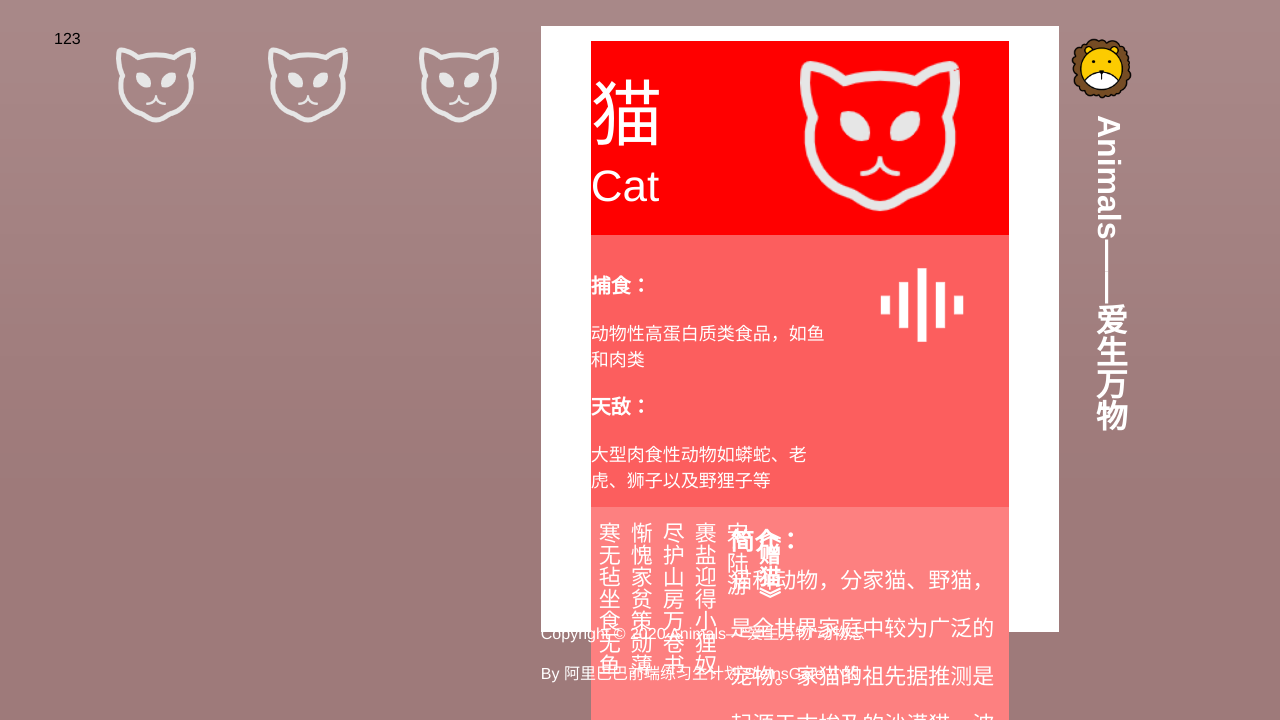
Repository: Whiskeyi/Animals
Page: /
An editor plug-in stored every save of this project. The page is shown before and after the next save, followed by the edit.
The browser window is 1280 px wide. The pictures show the whole page.
The project was rebuilt for these pictures with package versions that can differ from the ones it lists, and the page was loaded fresh each time.

Above is the page before, as saved 2021-11-16 19:24:48.

### public/index.html
<!DOCTYPE html>
<html lang="en">
  <head>
    <meta charset="utf-8">
    <meta http-equiv="X-UA-Compatible" content="IE=edge">
    <meta name="viewport" content="width=device-width,initial-scale=1.0">
    <link rel="icon" href="<%= BASE_URL %>favicon.ico">
    <title>Animals</title>
  </head>
  <body>
    <noscript>
      <strong>We're sorry but animals doesn't work properly without JavaScript enabled. Please enable it to continue.</strong>
    </noscript>
    <div id="app"></div>
    <!-- built files will be auto injected -->
  </body>
</html>

### src/main.js
import Vue from 'vue'
import App from './App.vue'
import router from './router'
import store from './store'
import './plugins/element.js' // 引入element-ui

Vue.config.productionTip = false

new Vue({
  router,
  store,
  render: h => h(App)
}).$mount('#app')

### src/App.vue
<template>
  <div id="app">
    <!-- 入口 -->
    <router-view/>
  </div>
</template>

<style lang="scss">
#app {
  font-family: 'Avenir', Helvetica, Arial, sans-serif;
  -webkit-font-smoothing: antialiased;
  -moz-osx-font-smoothing: grayscale;
}

html, body {  // 去除白边
    width: 100%;
    height: 100%;
    margin: 0;
    padding: 0;
    position: relative;
}

</style>

### src/router.js
// 路由
import Vue from 'vue'
import Router from 'vue-router'
import Home from './views/Home.vue'

Vue.use(Router)

export default new Router({
  mode: 'history',
  base: process.env.BASE_URL,
  routes: [
    {
      path: '/',
      name: 'home',
      component: Home
    }
  ]
})

### src/plugins/element.js
// 引入element-ui
import Vue from 'vue'

import ElementUI from 'element-ui';
import 'element-ui/lib/theme-chalk/index.css';

Vue.use(ElementUI);

### src/views/Home.vue
<template>
  <div class="home">
    <!-- 背景+光泽效果 -->
    <div class="bg">
      <Gloss></Gloss>
    </div>
    <!-- 页面容器 -->
    <div class="container">
      <!-- 左侧展示模块 -->
      <div id="leftContainer">
        <LeftMain></LeftMain>
      </div>
      <!-- 右侧展示模块 -->
      <div id="rightContainer">
        <!-- 输出信息 -->
          <Info></Info>
          <!-- 右侧标题 -->
          <RightHead></RightHead>
          <!-- 尾部 -->
          <Footer></Footer>
      </div>
    </div>
  </div>
</template>

<script>
// @ is an alias to /src
// 组件引入
import Gloss from '@/components/Gloss'
import Footer from '@/components/Footer'
import Info from '@/components/Info'
import RightHead from '@/components/right-head'
import LeftMain from '@/components/left-main'

export default {
  name: 'home',
  components: {
    Gloss,Footer,Info,RightHead,LeftMain
  }
}
</script>

<style lang="scss" scoped>
.home {
  // 滚动条样式修改（待定）
}
.bg {
  height: 100%;
  width: 100%;
  background-color:rgb(158, 122, 122);
  position: fixed;
  transition: background-color 2s ease-in; // 背景颜色2S过渡
  filter: blur(0.5px); // 背景高斯模糊
  // z-index: -9; //暂时注释,影响调试
}
#leftContainer {
  position: absolute;
  left: 10%;
  width: 30%;
  height: 100%;
  margin: 0 auto;
}
#rightContainer {
  position: fixed;
  right: 10%;
  width: 50%;
  height: 100%;
  margin: 0 auto;
}
@media screen and (max-width: 1440px) { // 屏幕小于1440px样式
  #leftContainer {
  position: absolute;
  left: 5%;
  width: 36%;
  height: 100%;
  margin: 0 auto;
}
#rightContainer {
  position: fixed;
  right: 5%;
  width: 54%;
  height: 100%;
  margin: 0 auto;
}
}
</style>

### src/components/Gloss/index.vue
<template>
<!-- 实现光泽效果,丰富背景颜色 -->
<div id="gloss"></div>
</template>

<script>
export default {

}
</script>

<style lang="scss" scoped>
#gloss {
    position: fixed;
    width: 100%;
    height: 478px;
    background: url('../../assets/gloss.png') repeat-x;
    // z-index: -8;  //暂时注释,影响调试
}
</style>

### src/components/Footer/index.vue
<template>
  <div class="footerContainer">
      <p>Copyright © 2020 Animals—“爱生万物”动物志</p>
      <p>By 阿里巴巴前端练习生计划 SteinsGate 小组</p>
  </div>
</template>

<script>
export default {

}
</script>

<style lang="scss" scoped>
.footerContainer {
    position: fixed;
    bottom: 0;
    font-size: 1rem;
    color:#fff;
    margin:0 0 20px 16px;
}
</style>

### src/components/Info/index.vue
<template>
  <div class="infoContainer">
    <div class="infPadding">
      <!-- 简介、图标 -->
    <Introduce></Introduce>
    <!-- 捕食、声音icon -->
    <HabbitVoice></HabbitVoice>
    <!-- 底部介绍 -->
    <IntroduceBottom></IntroduceBottom>
    </div>
  </div>
</template>

<script>
import Introduce from './Introduce'
import HabbitVoice from './habbit-voice'
import IntroduceBottom from './introduce-bottom'
export default {
  name: 'Info',
  components: {
    Introduce, HabbitVoice, IntroduceBottom
  }
}
</script>

<style lang="scss" scoped>
.infoContainer {
    float: left;
    z-index: 10000;
    width: 82%;
    height: 80%;
    margin: 26px 0 0 16px;
    padding: 15px 0px;
    background-color: #fff;
    color:#fff;
}
.infPadding {
  padding: 0 50px;
}
.infoContainer logo {
    position: absolute;
}
@media screen and (max-width: 1440px) { // 屏幕小于1440px样式
  .infoContainer {
    float: left;
    z-index: 10000;
    width: 75%;
    height: 80%;
    margin: 26px 0 0 16px;
    background-color: #fff;
}
}
</style>

### src/components/right-head/index.vue
<template>
  <div class="rightHeadContainer">
      <el-image class="logo" alt="logo" :src="require('@/icons/index.png')"></el-image>
      <h1 class="vertical">Animals——爱生万物</h1>
  </div>
</template>

<script>
export default {

}
</script>

<style lang="scss" scoped>
.rightHeadContainer {
    float: left;
    height: 400px;
    width: 100px;
    margin: 26px 0 0 16px;
}
.vertical {
    writing-mode: vertical-lr;
    padding-left: 5px;
    color: #fff;
}
@media screen and (max-width: 1440px) { // 屏幕小于1440px样式
    .rightHeadContainer {
        float: left;
        height: 400px;
        width:85px;
        margin: 26px 0 0 0;
    }
    .vertical {
        writing-mode: vertical-lr;
        padding-right: 0;
        color: #fff;
    }
}
</style>

### src/components/left-main/index.vue
<template>
  <div class="leftContainer">
    <el-row :gutter="20" type="flex" justify="center" v-for="AnimalsDetail in data" :key="AnimalsDetail.enName">
              {{ AnimalsDetail.img }}
              {{ 123 }}
      <el-col :span="8">
        <el-image class="logo" alt="logo" :src="require('@/icons/animals/cat.png')"></el-image>
      </el-col>
      <el-col :span="8">
        <el-image class="logo" alt="logo" :src="require('@/icons/animals/cat.png')"></el-image>
      </el-col>
      <el-col :span="8">
        <el-image class="logo" alt="logo" :src="require('@/icons/animals/cat.png')"></el-image>
      </el-col>
    </el-row>
  </div>
</template>

<script>
import data from '@/data/Animals.json'
export default {
  data() {
    return {
      data
    }
  }
}
</script>

<style lang="scss" scoped>
.leftContainer {
  padding: 30px 0;
  width: 100%;
  text-align: center;
}
.leftContainer .logo {
  width: 110px;
  height: 110px;
  padding: 20px 0;
}
 @media screen and (max-width: 1440px) { // 屏幕小于1440px样式
  .leftContainer .logo {
    height: 80px;
    width: 80px;
    padding: 15px 0;
  }
 }
</style>

### src/components/Info/Introduce/index.vue
<template>
  <div class="introduce">
      <el-row class="intContainer">
          <el-col :span="12">
              <div class="title">猫</div>
              <div class="subTitle">Cat</div>
          </el-col>
          <el-col :span="12">
            <el-image class="logo" alt="logo" :src="require('@/icons/animals/cat.png')"></el-image>
          </el-col>
      </el-row>
  </div>
</template>

<script>
export default {

}
</script>

<style lang="scss" scoped>
.introduce {
    background-color: red;
    height: 30%;
    width: 100%;
}
.intContainer {
    padding: 15px 0;
}
.logo {
    height: 160px;
    width: 160px;
}
.title {
    font-size: 72px;
}
.subTitle {
    font-size: 44px;
}
</style>

### src/components/Info/habbit-voice/index.vue
<template>
  <div class="habVoice">
       <el-row class="habContainer">
          <el-col class="habContent" :span="14">
              <p class="foodTitle">捕食：</p>
              <div class="food">动物性高蛋白质类食品，如鱼和肉类</div>
              <p class="enemyTitle">天敌：</p>
              <div class="enemy">大型肉食性动物如蟒蛇、老虎、狮子以及野狸子等</div>
          </el-col>
          <el-col :span="10">
            <el-image class="logo" alt="logo" :src="require('@/icons/voice.png')"></el-image>
          </el-col>
      </el-row>
  </div>
</template>

<script>
export default {

}
</script>

<style lang="scss" scoped>
.habVoice {
    background-color: rgb(252, 94, 94);
    height: 30%;
    text-align: center;
}
.habContainer {
    padding: 15px 0;
}
.habContent p {
    font-size: 20px;
    font-weight: bold;
    text-align: left;
}
.habContent div {
    font-size: 18px;
    text-align: left;
}
.logo {
    height: 110px;
    width: 110px;
}
</style>

### src/components/Info/introduce-bottom/index.vue
<template>
    <div class="fooBottom">
        <el-row class="botContainer">
            <el-col class="poem" :span="8">
                <div class="content">寒无毡坐食无鱼</div>
                <div class="content">惭愧家贫策勋薄</div>
                <div class="content">尽护山房万卷书</div>
                <div class="content">裹盐迎得小狸奴</div>
                <div class="author">宋·陆游</div>
                <div class="poemTitle">《赠猫》</div>
                <!-- <p class="foodTitle">捕食：</p>
                <div class="food">动物性高蛋白质类食品，如鱼和肉类</div>
                <p class="enemyTitle">天敌：</p>
                <div class="enemy">大型肉食性动物如蟒蛇、老虎、狮子以及野狸子等</div> -->
            </el-col>
            <el-col :span="16">
                <div class="IntTitle">简介：</div>
                <div class="IntContent">猫科动物，分家猫、野猫，是全世界家庭中较为广泛的宠物。家猫的祖先据推测是起源于古埃及的沙漠猫，波斯的波斯猫，已经被人类驯化了3500年。</div>
            </el-col>
        </el-row>
    </div>
</template>

<script>
export default {

}
</script>

<style lang="scss" scoped>
.fooBottom {
    background-color: rgb(253, 128, 128);
    height: 50%;
    width: 100%;
}
.botContainer {
    padding: 15px 0;
}
.poem {
    writing-mode: vertical-lr;
    font-size: 22px;
    .poemTitle {
        font-weight: bold;
    }
}
.IntTitle {
    font-size: 24px;
    font-weight: bold;
}
.IntContent {
    font-size: 22px;
    line-height: 48px;
}
</style>

### src/data/Animals.json
{

    "AnimalsDetail":
    [
        {
            "enName": "chicken",
            "name": "鸡",
            "color": "#FC9F4D",
            "content": "在甘肃天水西山坪大地湾一期文化中，已经发现了距今8000年左右的家鸡我国甲骨文中有“鸡”字，说明我国远在3000多年前就认识鸡，养鸡在我国已经有8000年的历史，有文字可查的历史至少也有3000多年，是世界上最早养鸡的国家之一。",
            "food": "小虫子、菜叶、饲料",
            "enemy": "黄鼠狼、老鹰、狐狸",
            "voice": "http://mrclan.com/fastdl/tfc/sound/chick.wav",
            "poetryName": "《咏鸡》",
            "poetryAuthor": "宋 · 缪鉴",
            "poetryContent": "数载书窗伴读鸣，群中刚雉羽毛新。 今朝命试牛刀手，望断函关夜度人。",
            "img": "../icons/animals/chicken.png"
        },

        {
            "enName": "tiger",
            "name": "虎",
            "color": "#E98B2A",
            "content": "老虎是体型最大的两种猫科动物之一。虎是掠食性肉食动物，有敏锐的听力、夜视力，可以自由伸缩尖爪和粗壮的犬齿。除了庞大的体型与有力的肌肉之外，最明显的特征就是在白色到橘黄色的毛皮上有黑色垂直的条纹，这有助于其在捕猎时隐蔽自身。",
            "food": "野羊、野牛、野猪",
            "enemy": "老虎是没有天敌的",
            "voice": "http://web.tiscali.it/gherda-wolit/versi/tigre.wav",
            "poetryName": "《猛虎行》",
            "poetryAuthor": "宋 · 释绍昙",
            "poetryContent": "猛虎不怯敌，烈士无虚言。 怯敌辱其班，虚言负其恩。",
            "img": "../icons/animals/tiger.png"
        },

        {
            "enName": "frog",
            "name": "蛙",
            "color": "#90B44B",
            "content": "青蛙属于脊索动物门、两栖纲、无尾目、蛙科的两栖类动物，成体无尾，卵产于水中，体外受精，孵化成蝌蚪，用鳃呼吸，经过变异，成体主要用肺呼吸，兼用皮肤呼吸。上颌有齿，一般有犁骨齿。",
            "food": "蚊子、苍蝇、飞蛾",
            "enemy": "蛇、小鸟",
            "voice": "http://animaldiversity.org/collections/contributors/mac_given/rviad/file.mp3",
            "poetryName": "《幽居初夏》",
            "poetryAuthor": "宋 · 陆游",
            "poetryContent": "湖山胜处放翁家，槐柳阴中野径斜。水满有时观下鹭，草深无处不鸣蛙。",
            "img": "../icons/animals/frog.png"
        },

        {
            "enName": "bird",
            "name": "鸟",
            "color": "#4D5139",
            "content": "鸟是唯一存活并演化至今的恐龙，现代所有鸟类在生物学上也被分类为鸟形恐龙的一部分；鸟纲的全体成员均为两足、恒温、卵生、身披羽毛且色彩鲜艳各异。",
            "food": "小米、稻谷、苞米粒",
            "enemy": "猫、狗、鼠",
            "voice": "http://www.naturesongs.com/kingcoop1.wav",
            "poetryName": "《春晓》",
            "poetryAuthor": "唐 · 孟浩然",
            "poetryContent": "春眠不觉晓，处处闻啼鸟。夜来风雨声，花落知多少。",
            "img": "../icons/animals/bird.png"
        },

        {
            "enName": "turtle",
            "name": "龟",
            "color": "#1C1C1C",
            "content": "乌龟是现存古老的爬行动物。特征为身上长有非常坚固的甲壳，受袭击时龟可以把头、尾及四肢缩回龟壳内。",
            "food": "小鱼、虾、蜗牛",
            "enemy": "老鼠、蛇、鸟类",
            "voice": "http://www.birding.dk/galleri/stemmermp3/Streptopelia%20turtur%201.mp3",
            "poetryName": "《莲龟》",
            "poetryAuthor": "宋 · 李纲",
            "poetryContent": "红妆翠盖晓参差，水面浮游有戏龟。谁道千年解巢叶，也知曳尾已多时。",
            "img": "../icons/animals/turtle .png"
        },

        {
            "enName": "monkey",
            "name": "猴",
            "color": "#4F4F48",
            "content": "猴子是哺乳纲灵长目猴科动物的统称，杂食性，以水果为主，不放过唾手可得的肉食，是三种类人猿灵长目动物的成员。",
            "food": "主要是水果、植物的叶子、种子",
            "enemy": "花豹、狒狒、黑猩猩、雕",
            "voice": "http://web.tiscali.it/gherda-wolit/versi/scimmia2.wav",
            "poetryName": "《山禽》",
            "poetryAuthor": "唐 · 张籍",
            "poetryContent": "山禽毛如白练带，栖我庭前栗树枝。猕猴半夜来取栗，一双中林向月飞。",
            "img": "../icons/animals/monkey.png"
        },

        {
            "enName": "lion",
            "name": "狮",
            "color": "#FF5E99",
            "content": "狮子在中国古称狻猊。是一种生存在非洲与亚洲的大型猫科动物，是现存平均体重最大的猫科动物，也是在世界上唯一一种雌雄两态的猫科动物。",
            "food": "牛、鹿、猪",
            "enemy": "狮子没有天敌，狮子处于食物链顶端",
            "voice": "http://cd.textfiles.com/10000gp2/500SNDS/9_52B.WAV",
            "poetryName": "《狮》",
            "poetryAuthor": "明 · 夏言",
            "poetryContent": "金眸玉爪目悬星，群兽闻知尽骇惊。 怒慑熊罴威凛凛，雄驱虎豹气英英。",
            "img": "../icons/animals/lion.png"
        },

        {
            "enName": "elephant",
            "name": "象",
            "color": "#828282",
            "content": "大象很早就成了人类的朋友，并能为人类提供帮助。大象非常聪明，能开辟场地，还能把死去的同伴安埋在落叶枯枝之中。大象寿命很长，一般能活到70岁左右。",
            "food": "树叶，野草，野果",
            "enemy": "大象处于食物链的顶端，一般来说，它没有天敌。",
            "voice": "http://www.gkgraphics.com/download/sounds/wav/stereo/Elephant.wav",
            "poetryName": "《大象吟》",
            "poetryAuthor": "元 · 邵雍",
            "poetryContent": "大象自中虚，中虚真不渝。施为心事业，应对口功夫。",
            "img": "../icons/animals/elephant.png"
        },

        {
            "enName": "horse",
            "name": "马",
            "color": "#52433D",
            "content": "通过化石研究已经证实，马属动物的祖先—始新马出现于5500万年前的北美，其身体如同狐狸样大小，以多汁嫩叶为食，后被人类驯服。",
            "food": "青草、干草、麦秸",
            "enemy": "狼、老虎、狮子",
            "voice": "http://eric.hernandez3.free.fr/VOX/VOX/bruitage%203/bruitage%202/Animals/Horse%20Single%20Neigh.wav",
            "poetryName": "《房兵曹胡马诗》",
            "poetryAuthor": "唐 · 杜甫",
            "poetryContent": "胡马大宛名，锋棱瘦骨成。骁腾有如此，万里可横行。",
            "img": "../icons/animals/horse.png"
        },

        {
            "enName": "fish",
            "name": "鱼",
            "color": "#947A6D",
            "content": "鱼是最古老的脊椎动物。它们几乎栖居于地球上所有的水生环境——淡水的湖泊、河流到咸水的大海和大洋。",
            "food": "蚊子、苍蝇、飞蛾",
            "enemy": "蛇、小鸟",
            "voice": "https://core.ecu.edu/luczkovichj/fishsounds/silver%20perch/bc_cluc.WAV",
            "poetryName": "《江南曲》",
            "poetryAuthor": "晋 · 乐府",
            "poetryContent": "鱼戏莲叶东，鱼戏莲叶西。鱼戏莲叶南，鱼戏莲叶北。",
            "img": "../icons/animals/fish.png"
        },

        {
            "enName": "dog",
            "name":"狗",
            "color": "#080808",
            "content":"狗是一种常见的犬科哺乳动物，是已经被人类驯化的狼的后代，生物学分类上是狼的一个亚种；狗有2.2亿个嗅觉细胞，是人类的250倍，能分辨出大约200万种物质发出的不同浓度气味。",
            "food":"肉食为主，饲料中需配制较多的动物蛋白和脂肪，辅以素食成分",
            "enemy":"老虎、狮子等大型肉食动物",
            "voice":"http://www.zimba.kaeregaard.dk/lyd/nightdog.wav",
            "poetryName":"《逢雪宿芙蓉山主人》",
            "poetryAuthor":"唐·刘长卿",
            "poetryContent":"日暮苍山远，天寒白屋贫。柴门闻犬吠，风雪夜归人。",
            "img": "../icons/animals/dog.png"
        },
        {
            "enName": "mouse",
            "name":"鼠",
            "color": "#0C0C0C",
            "content":"鼠嗅觉敏感，胆小多疑，警惕性高，加上它的身体十分灵巧，穿墙越壁，奔行如飞。",
            "food":"食性复杂，因食源和环境所定，但几乎什么都喜欢吃",
            "enemy":"肉食性动物,如猫、黄鼬、狐狸、鹰、猫头鹰、蛇等",
            "voice":"http://www.ratbehavior.org/audio/WidgetLongShriekSequence.wav",
            "poetryName":"《官仓鼠》",
            "poetryAuthor":"唐·曹邺",
            "poetryContent":"官仓老鼠大如斗，见人开仓亦不走。健儿无粮百姓饥，谁遣朝朝入君口。",
            "img": "../icons/animals/mouse.png"
        },
        {
            "enName": "cat",
            "name":"猫",
            "color": "#434343",
            "content":"猫科动物，分家猫、野猫，是全世界家庭中较为广泛的宠物。家猫的祖先据推测是起源于古埃及的沙漠猫，波斯的波斯猫，已经被人类驯化了3500年。",
            "food":"动物性高蛋白质类食品，如鱼和肉类",
            "enemy":"大型肉食性动物如蟒蛇、老虎、狮子以及野狸子等",
            "voice":"http://thestablesbb.powweb.com/WAV%20FILES/cat_2.wav",
            "poetryName":"《赠猫》",
            "poetryAuthor":"宋·陆游",
            "poetryContent":"裹盐迎得小狸奴，尽护山房万卷书。惭愧家贫策勋薄，寒无毡坐食无鱼。",
            "img": "../icons/animals/cat.png"
        },
        {
            "enName": "pig",
            "name":"猪",
            "color": "#B19693",
            "content":"猪是一种脊椎动物、哺乳动物、家畜，也是古杂食类哺乳动物，主要分为家猪和野猪。通常以耳大，头长，四肢短小，鼻直，身体肥壮，腰背窄为主要形体特征。",
            "food":"喜欢吃带有甜味或者乳香味的食物",
            "enemy":"大型肉食性动物如狮、豹、虎、鬣狗等",
            "voice":"http://www.marranomusic.com/Sonidos/Basicos/pigpen.wav",
            "poetryName":"《秋词》",
            "poetryAuthor":"宋·陆游",
            "poetryContent":"常年县符闹如雨，道上即今无吏行。乡闾老稚迭歌舞，灶釜日餐猪羊烹。",
            "img": "../icons/animals/pig.png"
        },
        {
            "enName": "wolf",
            "name":"狼",
            "color": "#434343",
            "content":"栖息于森林、沙漠、山地、寒带草原、针叶林、草地。夜间活动多，嗅觉敏锐，听觉很好。机警，多疑，善奔跑，耐力强，通常群体行动。",
            "food":"以中型和大型有蹄类动物为食，如羚羊、驯鹿、野牛等",
            "enemy":"大型肉食性动物老虎、狮子等",
            "voice":"http://animal.memozee.com/animal/SOUND/wolf2.wav",
            "poetryName":"《悲愤诗》",
            "poetryAuthor":"汉·蔡文姬",
            "poetryContent":"白骨不知谁，纵横莫覆盖。出门无人声，豺狼号且吠。",
            "img": "../icons/animals/wolf.png"
        },
        {
            "enName": "bee",
            "name":"蜜蜂",
            "color": "#EFBB24",
            "content":"蜜蜂为社会性昆虫，由蜂王、雄蜂、工蜂等个体组成。其中多倍体是雄性蜜蜂(雄蜂)，而多倍体是雌性蜜蜂(蜂王和工蜂)，雄蜂是直接由卵细胞发育而成的，蜂王和工蜂则是由受精卵发育而成的。",
            "food":"主要以花粉和花蜜为食",
            "enemy":"肉食性昆虫如胡蜂",
            "voice":"http://www.olivenhain.com/files/docs/Park/Sounds/Bee%20-%20Andrea%20Cornelius.wav",
            "poetryName":"《蜂》",
            "poetryAuthor":"唐·罗隐",
            "poetryContent":"不论平地与山尖，无限风光尽被占。采得百花成蜜后，为谁辛苦为谁甜。",
            "img": "../icons/animals/bee.png"
        },
        {
            "enName": "snake",
            "name":"蛇",
            "color": "#90B44B",
            "content":"目前全球总共有3,000多种蛇类。 身体细长，四肢退化，无可活动的眼睑，无耳孔，无四肢，无前肢带，身体表面覆盖有鳞。 蛇类是变温动物，体温低于人类，当环境温度低于15℃时,蛇会进入冬眠状态.部分有毒，但大多数无毒。",
            "food":"肉食性动物， 吃的各种动物都一定要是活的，所吃的动物种类很多，从无脊椎动物（如蚯蚓、蜘蛛、各种昆虫及其幼虫）到各类脊椎动物（如鱼、青蛙、蟾蜍、蜥蜴、蛇、鸟类及小型兽类）。",
            "enemy":"老鹰、獴、獾等",
            "voice":"http://www.slspencer.com/Sounds/Various/hiss.mp3",
            "poetryName":"《蜀道难》",
            "poetryAuthor":"唐·李白",
            "poetryContent":"朝避猛虎，夕避长蛇。磨牙吮血，杀人如麻。",
            "img": "../icons/animals/snake.png"
        },
        {
            "enName": "duck",
            "name":"鸭子",
            "color": "#373C38",
            "content":"鸭的体型相对较小，颈短，一些属的嘴要大些。腿位于身体后方（如同天鹅一样），因而步态蹒跚。",
            "food":"杂食性水禽，对稻田中几乎所有的杂草都有取食，喜欢吃小鱼等腥味食物",
            "enemy":"山猫、黄鼠狼之类野兽",
            "voice":"http://www.laufis.de/laute/ente_u_erpel-01.mp3",
            "poetryName":"《惠崇春江晚景二》",
            "poetryAuthor":"宋·苏轼",
            "poetryContent":"竹外桃花三两枝，春江水暖鸭先知。",
            "img": "../icons/animals/duck.png"
        },
        {
            "enName": "sheep",
            "name":"羊",
            "color": "#BDC0BA",
            "content":"羊是一种胆小、嗅觉灵敏、性情温顺的动物，四肢端正，短而粗壮，系部关节坚韧，蹄壳坚实，呈黑色；前肢长度适中、匀称。",
            "food":"以草料为食",
            "enemy":"肉食性动物狼、老虎、狮子等",
            "voice":"http://www.cristal.org/chercheurdebase.wav",
            "poetryName":"《句》",
            "poetryAuthor":"唐·褚亮",
            "poetryContent":"神羊既不触,夕鸟欲依人。",
            "img": "../icons/animals/sheep.png"
        },
        {
            "enName": "cow",
            "name":"牛",
            "color": "#BDC0BA",
            "content":"哺乳动物,体型粗壮,角中空,由头骨向两侧呈大弧度伸出。为了贮存草料、躲避敌害，它们的胃在进化中形成了4个室：即瘤胃、蜂巢胃、瓣胃和腺胃，还具有“反刍”的习性。",
            "food":"素食,喜欢吃玉米、水花生、红薯藤、水稻等食物",
            "enemy":"大型肉食性动物棕熊、老虎、狮子等",
            "voice":"http://webdoc.gwdg.de/ebook/aw/1999/INFOCOMP/metis/MadCow/cow1.wav",
            "poetryName":"《饮牛歌》",
            "poetryAuthor":"宋·陆游",
            "poetryContent":"牛能生犊我有孙，世世相从老故园。人生得饱万事足，拾牛相齐何足言！",
            "img": "../icons/animals/cow.png"
        },
        {
            "enName": "dolphin",
            "name":"海豚",
            "color": "#BDC0BA",
            "content":"海豚属于鲸目、海豚科中的生物。它们属于齿鲸的一种，具有比较多的、尖利的牙齿。在海豚捕食的时候，它们的牙齿可以发挥重要的作用，使得它们可以捕食海洋中的诸多生物。",
            "food":"小鱼、小虾、小蟹、乌贼等",
            "enemy":"虎鲸、大白鲨、虎鲨等",
            "voice":"https://mp3.haoge500.com/yinxiao/2019/06-20/qpiiql4zj3u.mp3",
            "poetryName":"《海豚》",
            "poetryAuthor":"古体诗一簇",
            "poetryContent":"天生伶俐智拔群，嬉闹不经童子心。雅兴高时哼半曲，当红歌者竞传吟。",
            "img": "../icons/animals/dolphin.png"
        },
        {
            "enName": "bear",
            "name":"熊",
            "color": "#434343",
            "content":"熊是食肉目熊科动物的通称，熊平时还算温和，但是受到威胁或遇到危险时，容易暴怒，打斗起来非常凶猛。分布在北半球。在南半球，除了南美洲北部外，其他地方没有它的踪迹。",
            "food":"大多数熊食性很杂，既食青草、嫩枝芽、苔藓、浆果和坚果，也到溪边捕捉蛙、蟹和鱼，掘食鼠类，掏取鸟卵，更喜欢舔食蚂蚁，盗取蜂蜜，甚至袭击小型鹿、羊或觅食腐尸。",
            "enemy":"成年熊处于食物链顶端，没有天敌。",
            "voice":"https://mp3.haoge500.com/upload/2013/08/29/838270.mp3",
            "poetryName":"《鲁山山行》",
            "poetryAuthor":"北宋·梅尧臣",
            "poetryContent":"霜落熊升树，林空鹿饮溪。人家在何许，云外一声鸡。",
            "img": "../icons/animals/bear.png"
        },
        {
            "enName": "fox",
            "name":"狐",
            "color": "#BDC0BA",
            "content":"狐，俗称狐狸，在动物分类学上，属于食肉目犬科，人工主要饲养的有银狐，为赤狐的一个亚种。狐狸繁殖率高，抗病力强，食性杂，好饲养。我国主要有赤狐，分布全国大陆。沙狐分布新疆、内蒙、青海、甘肃、西藏等地。",
            "food":"杂食虫类、两栖类、爬行类、小型鸟兽和野果等",
            "enemy":"狼、猞猁、鹰、鹫等。",
            "voice":"https://mp3.haoge500.com/yinxiao/2019/06-20/wn5x5ayy24m.mp3",
            "poetryName":"《诗经·卫风·有狐》",
            "poetryAuthor":"春秋·佚名",
            "poetryContent":"有狐绥绥，在彼淇梁。心之忧矣，之子无裳。",
            "img": "../icons/animals/fox.png"
        },
        {
            "enName": "rabbit",
            "name":"兔",
            "color": "#BDC0BA",
            "content":"兔是哺乳类兔形目兔科下属所有的属的总称。俗称兔子。兔子是小型的哺乳动物，有很多的品种，不同类型的兔子体型大小和毛发颜色都有一定的差异。",
            "food":"胡萝卜、红薯、洋白菜、南瓜、菠菜、黄瓜、萝卜叶子、车前草等等",
            "enemy":"鹰、狐狸 、狼、狗和猫等",
            "voice":"https://mp3.haoge500.com/upload/2015/03/15/836863.mp3",
            "poetryName":"《木兰诗 / 木兰辞》",
            "poetryAuthor":"南北朝·佚名",
            "poetryContent":"雄兔脚扑朔，雌兔眼迷离；双兔傍地走，安能辨我是雄雌？",
            "img": "../icons/animals/rabbit.png"
        },
        {
            "enName": "eagle",
            "name":"鹰",
            "color": "#535953",
            "content":"广义的鹰泛指小型至中型的白昼活动的鹰形类鸟，尤指鹰属的种类，包括苍鹰和雀鹰。鹰是肉食性动物，会捕捉老鼠、蛇、野兔或小鸟。大型的鹰科鸟类（雕）可以捕捉山羊、绵羊和小鹿。它体态雄伟，性情凶猛，动物学上称它是猛禽类。",
            "food":"鹰是肉食性动物，会捕捉老鼠、蛇、野兔或小鸟。",
            "enemy":"老鹰没有天敌，老鹰处于食物链顶端。",
            "voice":"https://mp3.haoge500.com/upload/2013/09/05/838316.mp3",
            "poetryName":"《画鹰》",
            "poetryAuthor":"唐·杜甫",
            "poetryContent":"素练风霜起，苍鹰画作殊。㧐身思狡兔，侧目似愁胡。",
            "img": "../icons/animals/eagle.png"
        }
    ]
}

Loaded but not shown: src/store.js (common file)

After the next save:
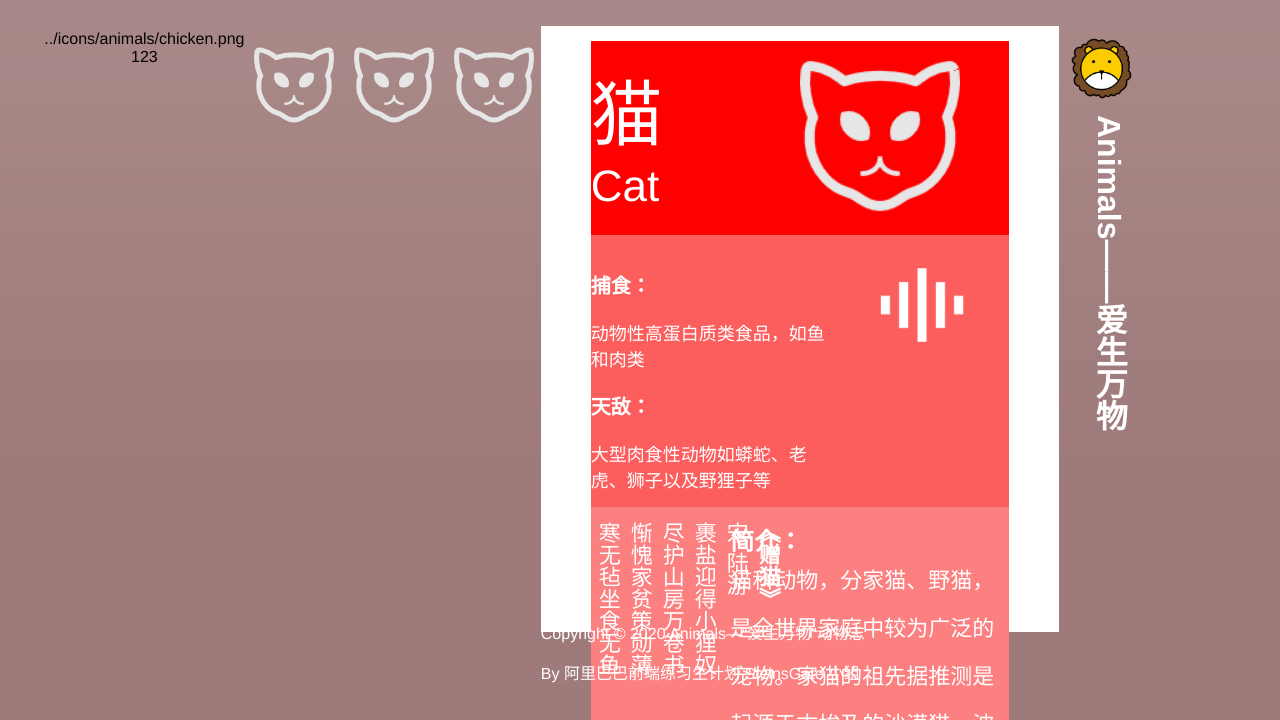
Saved 4 s later.
--- a/src/components/left-main/index.vue
+++ b/src/components/left-main/index.vue
@@ -1,7 +1,7 @@
 <template>
   <div class="leftContainer">
     <el-row :gutter="20" type="flex" justify="center" v-for="AnimalsDetail in data" :key="AnimalsDetail.enName">
-              {{ AnimalsDetail.img }}
+              {{ AnimalsDetail[0].img }}
               {{ 123 }}
       <el-col :span="8">
         <el-image class="logo" alt="logo" :src="require('@/icons/animals/cat.png')"></el-image>
